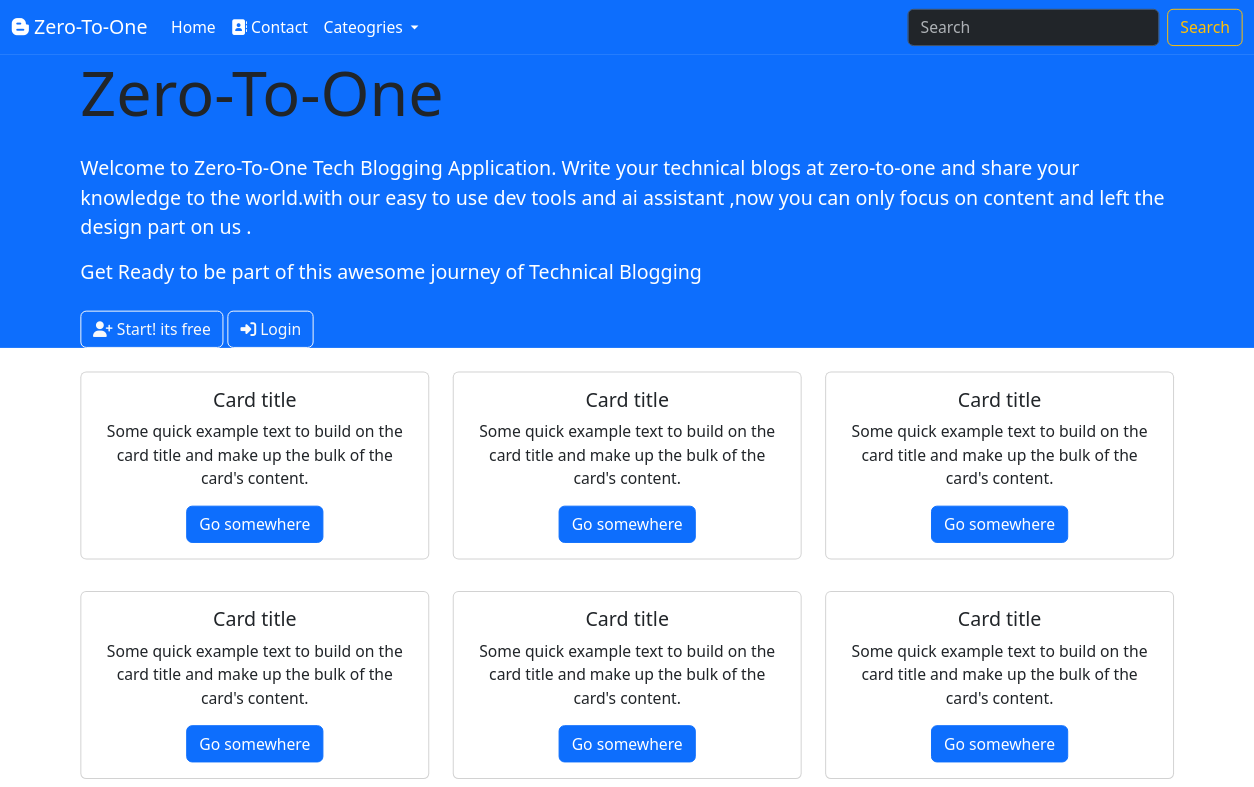
Repository: Gaurav560/PROJECT-ZeroToOne-TechBlog
Page: http://localhost/ZeroToOne/
These files come from the project's save history. The page is drawn as it stood at one moment and after the next save; the edit follows.
The browser window is 1280 px wide. The pictures show the whole page, at 98% of full size.
Some web libraries are served in a nearby version. The page is served by Tomcat 9. Other server files are loaded and not shown.

Above is the page before, as saved 2023-04-29 20:10:41.

### ZeroToOne/src/main/webapp/index.jsp
<%@page import="com.blog.helper.ConnectionProvider"%>
<%@page import="java.sql.Connection"%>
<%@ page language="java" contentType="text/html; charset=ISO-8859-1"
	pageEncoding="ISO-8859-1"%>
<!DOCTYPE html>
<html>
<head>
<meta charset="ISO-8859-1">
<title>Index page</title>
<!--  Bootstrap css-->
<link
	href="https://cdn.jsdelivr.net/npm/bootstrap@5.3.0-alpha3/dist/css/bootstrap.min.css"
	rel="stylesheet"
	integrity="sha384-KK94CHFLLe+nY2dmCWGMq91rCGa5gtU4mk92HdvYe+M/SXH301p5ILy+dN9+nJOZ"
	crossorigin="anonymous">

<!--css  -->
<link href="css/style.css" rel="stylesheet" type="text/css"/>
<!-- font-awesome -->
<script src="https://kit.fontawesome.com/d52455da93.js"
	crossorigin="anonymous"></script>
</head>
<body>
	<%@include file="indexNavbar.jsp"%>

	<!-- jumbotron starts here -->
	<div class="container-fluid m-0 p-0 ">
		<div class="jumbo bg-primary text-white banner-background">
			<div class="container">

				<h3 class="display-3 pb-3 text-dark">Zero-To-One</h3>
				<p class="fs-5 text-white">Welcome to Zero-To-One Tech Blogging
					Application. Write your technical blogs at zero-to-one and share
					your knowledge to the world.with our easy to use dev tools and ai
					assistant ,now you can only focus on content and left the design
					part on us .</p>
				<p class="fs-5 text-white pb-2">Get Ready to be part of this
					awesome journey of Technical Blogging</p>
				<p></p>
				<a href="register_page.jsp" class="btn  btn-outline-light">
					<i class="fa-solid fa-user-plus"></i> Start! its free
				</a>
				<a href="login_page.jsp" class="btn   btn-outline-light">
					<i class="fa-solid fa-right-to-bracket"></i> Login
				</a>
			</div>
		</div>
	</div>
	<!-- jumbotron ends here -->
<br>
<!--cards starts here  -->
<div class="container">


<!--1st row starts here  -->
<div class="row">

<div class="col-md-4 mb-2">


<div class="card text-center">

  <div class="card-body">
    <h5 class="card-title">Card title</h5>
    <p class="card-text">Some quick example text to build on the card title and make up the bulk of the card's content.</p>
    <a href="#" class="btn btn-primary">Go somewhere</a>
  </div>
</div>

</div>
<div class="col-md-4 mb-2">


<div class="card text-center">

  <div class="card-body">
    <h5 class="card-title">Card title</h5>
    <p class="card-text">Some quick example text to build on the card title and make up the bulk of the card's content.</p>
    <a href="#" class="btn btn-primary">Go somewhere</a>
  </div>
</div>

</div><div class="col-md-4 mb-2">


<div class="card text-center">

  <div class="card-body">
    <h5 class="card-title">Card title</h5>
    <p class="card-text">Some quick example text to build on the card title and make up the bulk of the card's content.</p>
    <a href="#" class="btn btn-primary">Go somewhere</a>
  </div>
</div>

</div>
</div>

<!--1st row ends here  -->

<br>
<!--2nd row ends here  -->

<div class="row">

<div class="col-md-4 mb-2 ">


<div class="card text-center">

  <div class="card-body">
    <h5 class="card-title">Card title</h5>
    <p class="card-text">Some quick example text to build on the card title and make up the bulk of the card's content.</p>
    <a href="#" class="btn btn-primary">Go somewhere</a>
  </div>
</div>

</div>
<div class="col-md-4 mb-2">


<div class="card text-center">

  <div class="card-body">
    <h5 class="card-title">Card title</h5>
    <p class="card-text">Some quick example text to build on the card title and make up the bulk of the card's content.</p>
    <a href="#" class="btn btn-primary">Go somewhere</a>
  </div>
</div>

</div><div class="col-md-4 mb-2">


<div class="card text-center">

  <div class="card-body">
    <h5 class="card-title">Card title</h5>
    <p class="card-text">Some quick example text to build on the card title and make up the bulk of the card's content.</p>
    <a href="#" class="btn btn-primary">Go somewhere</a>
  </div>
</div>

</div>
</div>

<!--2nd row ends here  -->
</div>
<!-- cards end here -->


	<!-- jquery cdn -->
	<script src="https://code.jquery.com/jquery-3.6.4.min.js"
		integrity="sha256-oP6HI9z1XaZNBrJURtCoUT5SUnxFr8s3BzRl+cbzUq8="
		crossorigin="anonymous">

	</script>

	<!-- js  -->

	<script
		src="https://cdn.jsdelivr.net/npm/bootstrap@5.3.0-alpha3/dist/js/bootstrap.bundle.min.js"
		integrity="sha384-ENjdO4Dr2bkBIFxQpeoTz1HIcje39Wm4jDKdf19U8gI4ddQ3GYNS7NTKfAdVQSZe"
		crossorigin="anonymous"></script>
	<script src="js/myjs.js" type="text/javascript"></script>

</body>
</html>

### ZeroToOne/src/main/webapp/indexNavbar.jsp
<nav class="navbar navbar-expand-lg  bg-primary dar "   data-bs-theme="dark">
	<div class="container-fluid">

         <a class="navbar-brand" href="index.jsp"><i class="fa-brands fa-blogger-b"></i> Zero-To-One</a>
		<button class="navbar-toggler" type="button" data-bs-toggle="collapse"
			data-bs-target="#navbarSupportedContent"
			aria-controls="navbarSupportedContent" aria-expanded="false"
			aria-label="Toggle navigation">
			<span class="navbar-toggler-icon"></span>
		</button>
		<div class="collapse navbar-collapse" id="navbarSupportedContent">
			<ul class="navbar-nav me-auto mb-2 mb-lg-0">
				<li class="nav-item"><a class="nav-link active"
					aria-current="page" href="#">Home</a></li>
				<li class="nav-item"><a class="nav-link active" href="#"><i class="fa-solid fa-address-book"></i> Contact</a></li>
				<li class="nav-item dropdown"><a
					class="nav-link dropdown-toggle active" href="#" role="button"
					data-bs-toggle="dropdown" aria-expanded="false">Cateogries </a>
					<ul class="dropdown-menu">
						<li><a class="dropdown-item " href="#">Action</a></li>
						<li><a class="dropdown-item" href="#">Another action</a></li>
						<li><hr class="dropdown-divider"></li>
						<li><a class="dropdown-item" href="#">Something else here</a></li>
					</ul></li>

			</ul>
			<form class="d-flex" role="search">
				<input class="form-control me-2" type="search" placeholder="Search"
					aria-label="Search">
				<button class="btn btn-outline-warning" type="submit">Search</button>
			</form>
		</div>
	</div>
</nav>

### ZeroToOne/src/main/java/com/blog/servlets/RegisterServlet.java
package com.blog.servlets;

import java.io.IOException;


import javax.servlet.ServletException;
import javax.servlet.annotation.WebServlet;
import javax.servlet.http.HttpServlet;
import javax.servlet.http.HttpServletRequest;
import javax.servlet.http.HttpServletResponse;

@WebServlet("/")
public class RegisterServlet extends HttpServlet {

	private static final long serialVersionUID = 1L;

	@Override
	protected void doPost(HttpServletRequest request, HttpServletResponse response)
			throws ServletException, IOException {


		String nameString=request.getParameter("");

	}

}

After the next save:
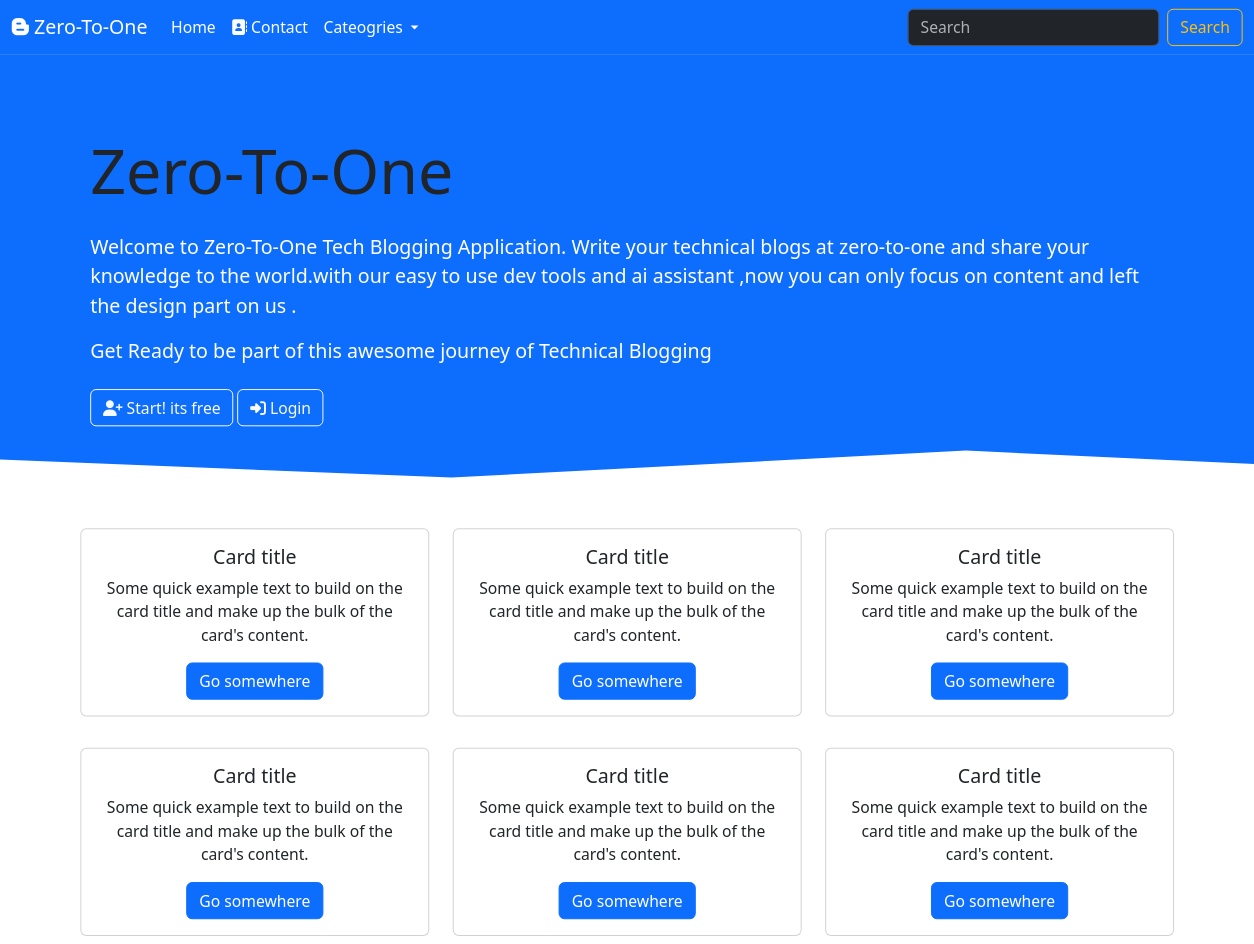
Saved 2 min 26 s later.
--- a/ZeroToOne/src/main/webapp/index.jsp
+++ b/ZeroToOne/src/main/webapp/index.jsp
@@ -20,6 +20,20 @@
 <script src="https://kit.fontawesome.com/d52455da93.js"
 	crossorigin="anonymous"></script>
 </head>
+<style>
+.bg-dar {
+	padding: 14px;
+}
+
+.jumbo {
+	padding: 80px;
+}
+
+.banner-background {
+	clip-path: polygon(30% 0%, 70% 0%, 100% 0, 100% 91%, 77% 88%, 36% 94%, 0 90%, 0 0);
+}
+
+</style>
 <body>
 	<%@include file="indexNavbar.jsp"%>
 
